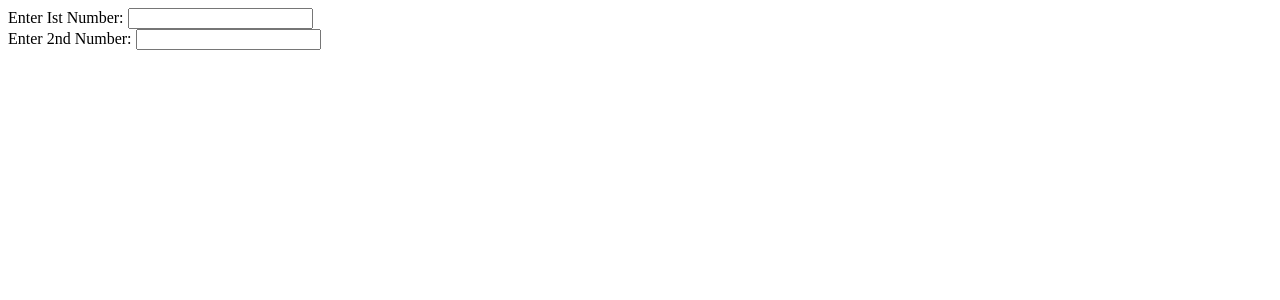
Repository: Rahulbudhiraja25/Java-Learning-DSA
Page: JAVA/Servelet/DemoApp/WebContent/Index.html
The author's editor kept a copy of each file at every save. The page is drawn from the files as they stood at one save, then again after the next save.
The browser window is 1280 px wide. The pictures show the whole page.

Above is the page before, as saved 2023-12-11 18:20:32.

After the next save:
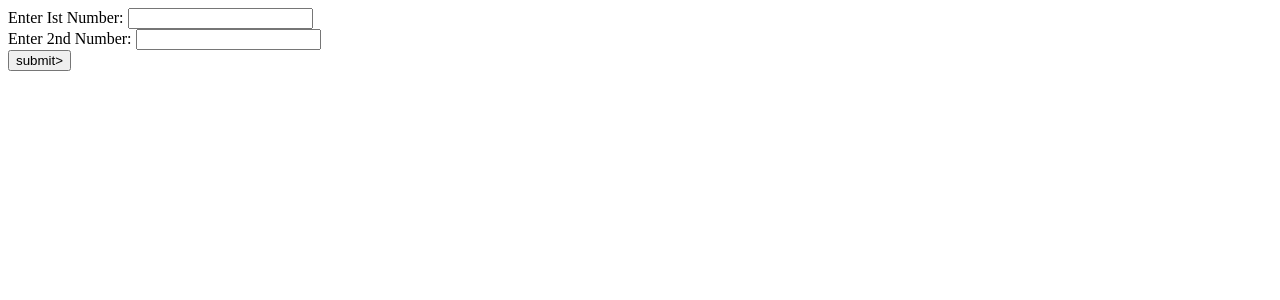
Saved 25 s later.
--- a/JAVA/Servelet/DemoApp/WebContent/Index.html
+++ b/JAVA/Servelet/DemoApp/WebContent/Index.html
@@ -8,6 +8,7 @@
 <form action="add">
 Enter Ist Number: <input type="text" name="num1"><br>
 Enter 2nd Number: <input type="text" name="num2"><br>
+<input type="submit" value="submit>"
 </form>
 </body>
 </html>
